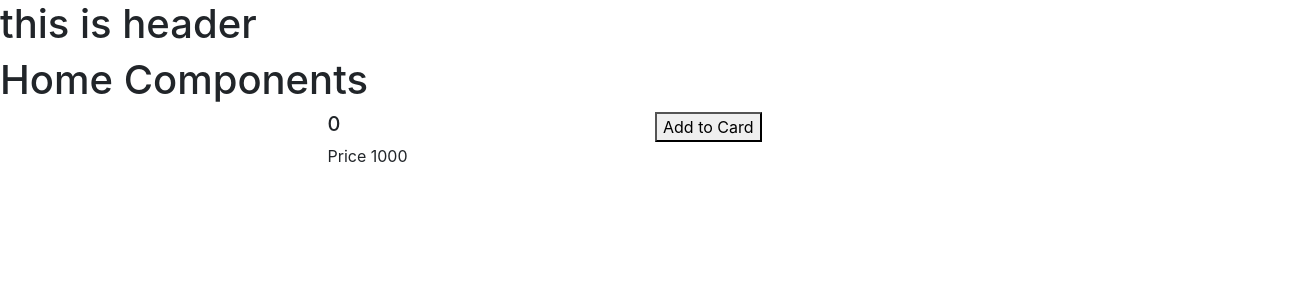
Repository: lalji-yadav/Redux-add-and-remove-item-in-cart-and-HOC-Example-
Page: /
These files come from the project's save history. The page is drawn as it stood at one moment and after the next save; the edit follows.
The browser window is 1280 px wide. The page is 1295 px wide, so the pictures cover 1295 px, including what lies to the right of the window. The pictures show the whole page.
The project was rebuilt for these pictures with package versions that can differ from the ones it lists, and the page was loaded fresh each time.

Above is the page before, as saved 2021-01-15 17:30:57.

After the next save:
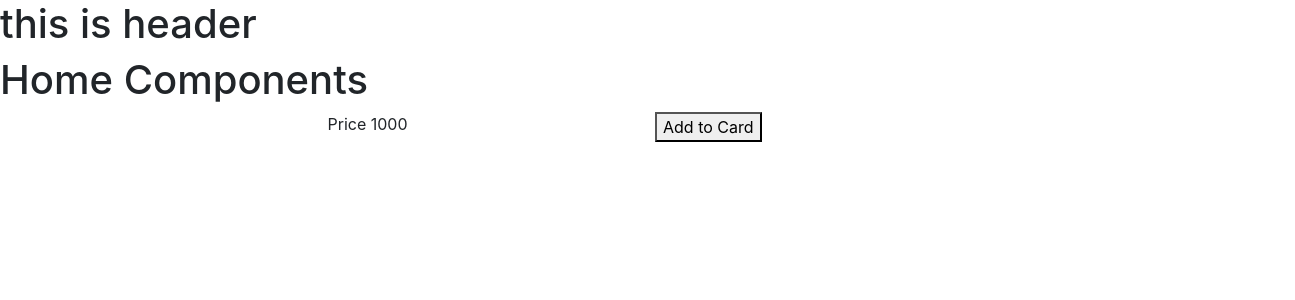
Saved 3 min 42 s later.
--- a/src/components/home.js
+++ b/src/components/home.js
@@ -16,7 +16,7 @@ function Home(props) {
 
                     <div className="col-sm-3">
 
-                        <h5> {props.data.length} </h5>
+                        {/* <h5> {props.data.length} </h5> */}
 
                         <p>Price 1000</p>
 
